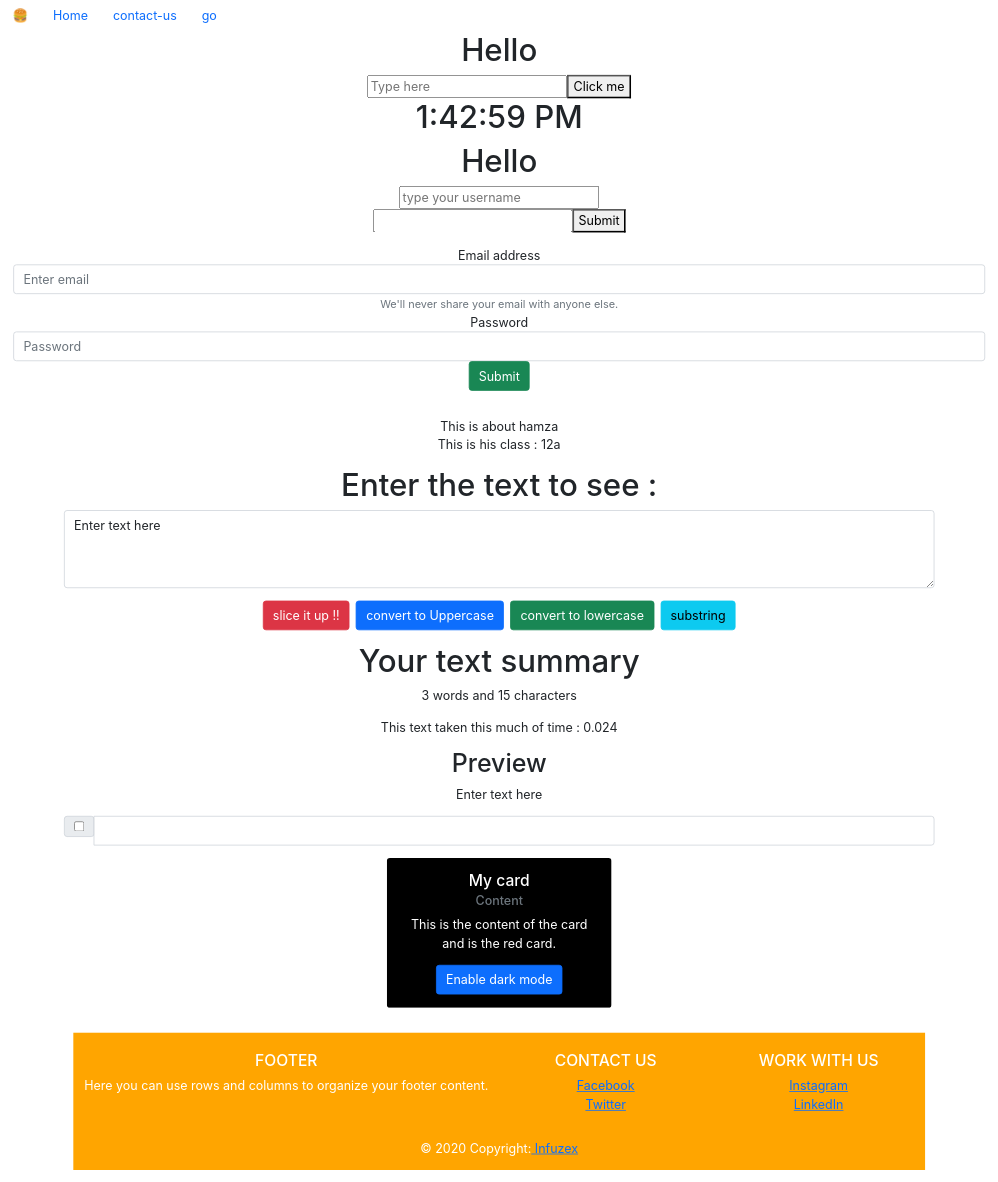
Repository: shah-zx/React-learning
Page: /
The author's editor kept a copy of each file at every save. The page is drawn from the files as they stood at one save, then again after a run of saves.
The browser window is 1280 px wide. The pictures show the whole page, at 78% of full size.
The project was rebuilt for these pictures with package versions that can differ from the ones it lists, and the page was loaded fresh each time. Also part of the build but not shown: src/components/Welcome.js, src/components/Swagat.js, src/components/Namaste.js, src/components/Hello.js, src/components/ayiye.js, src/components/Message.js, src/components/Thought.js, src/components/Counter.js and 40 more. Imported but missing from the stored project, and not drawn on this page: src/components/Indexaskeyantipattern.

Above is the page before, as saved 2021-11-12 00:28:37.

### public/index.html
<!DOCTYPE html>
<html lang="en">
  <head>
    <meta charset="utf-8" />
    <link rel="icon" href="%PUBLIC_URL%/favicon.ico" />
    <meta name="viewport" content="width=device-width, initial-scale=1" />
    <meta name="theme-color" content="#000000" />
    <meta
      name="description"
      content="Textutility is a text based utility whuc can be used to manipulate your text in way you want"
    />
    <link rel="apple-touch-icon" href="%PUBLIC_URL%/logo192.png" />
    <!--
      manifest.json provides metadata used when your web app is installed on a
      user's mobile device or desktop. See https://developers.google.com/web/fundamentals/web-app-manifest/
    -->
    <link rel="manifest" href="%PUBLIC_URL%/manifest.json" />
    <!--Bootstrap CSS-->
    <link href="https://cdn.jsdelivr.net/npm/bootstrap@5.1.3/dist/css/bootstrap.min.css" rel="stylesheet" integrity="sha384-1BmE4kWBq78iYhFldvKuhfTAU6auU8tT94WrHftjDbrCEXSU1oBoqyl2QvZ6jIW3" crossorigin="anonymous">
    <!--
      Notice the use of %PUBLIC_URL% in the tags above.
      It will be replaced with the URL of the `public` folder during the build.
      Only files inside the `public` folder can be referenced from the HTML.

      Unlike "/favicon.ico" or "favicon.ico", "%PUBLIC_URL%/favicon.ico" will
      work correctly both with client-side routing and a non-root public URL.
      Learn how to configure a non-root public URL by running `npm run build`.
    -->
    <title>Infuzex</title>
  </head>
  <body>
    <noscript>You need to enable JavaScript to run this app.</noscript>
    <div id="root"></div>
    <div id="portal-root"></div>

    <!--
      This HTML file is a template.
      If you open it directly in the browser, you will see an empty page.

      You can add webfonts, meta tags, or analytics to this file.
      The build step will place the bundled scripts into the <body> tag.

      To begin the development, run `npm start` or `yarn start`.
      To create a production bundle, use `npm run build` or `yarn build`.
    -->
    <!--Bootstrap JS-->
  <script src="https://cdn.jsdelivr.net/npm/bootstrap@5.1.3/dist/js/bootstrap.bundle.min.js" integrity="sha384-ka7Sk0Gln4gmtz2MlQnikT1wXgYsOg+OMhuP+IlRH9sENBO0LRn5q+8nbTov4+1p" crossorigin="anonymous"></script>
 </body>
</html>

### src/App.css
.App {
  text-align: center;
}

.App-logo {
  height: 40vmin;
  pointer-events: none;
}

@media (prefers-reduced-motion: no-preference) {
  .App-logo {
    animation: App-logo-spin infinite 20s linear;
  }
}

.App-header {
  background-color: #282c34;
  min-height: 100vh;
  display: flex;
  flex-direction: column;
  align-items: center;
  justify-content: center;
  font-size: calc(10px + 2vmin);
  color: white;
}

.App-link {
  color: #61dafb;
}

@keyframes App-logo-spin {
  from {
    transform: rotate(0deg);
  }
  to {
    transform: rotate(360deg);
  }
}

/*
.red_card {
  display: flex;
  flex-wrap: wrap;
} */

.container {
  margin-top: 2em;
}

### src/components/Greet.js
import React, { useContext , useEffect } from "react";
import noteContext from "../context/notes/noteContext";
const Greet = () => {
    const a = useContext(noteContext)
    useEffect(() => {
        a.update()
    }, [])
    return (
        <div>
            This is about {a.state.name}
            <br />
            This is his class : {a.state.class}
        </div>  // Here we are using the context API
    )
}


// const {name, heroName} = props  // Destructurig the props in functional components //
// console.log(props)
// This is our greeting function , after creating it , we have to export it to the App.js

export default Greet

### src/components/Navbar.js
// Here we are making a navbar component //

import React from 'react'
import PropTypes from 'prop-types' // Importing the proptypes from props //
import {Link} from 'react-router-dom' // Importing the Link  , thing to remember : exporting not as DEFAULT //
export default function Navbar(props) {

    return (
        <ul className="nav">
        <li className="nav-item">
          <Link className="nav-link active" aria-current="page" to="/">{props.title}</Link>
        </li>
        <li className="nav-item">
          <Link className="nav-link" to="about">{props.Abouttext}</Link>
        </li>
        <li className="nav-item">
          <Link className="nav-link" to="/">{props.cont}</Link>
        </li>
        <li className="nav-item">
          <a className="nav-link">{props.hello}</a>
        </li>
      </ul>
    )
}
Navbar.propTypes = {      // These are our navbar properties //
                      title : PropTypes.string.isRequired ,
                      Abouttext : PropTypes.string
                   }

Navbar.defaultProps = {title : 'set title here' ,
                        Abouttext : 'set abouttext here'
                    }

### src/components/TextForm.js
import React, { useState } from 'react'


export default function TextForm(props) {

    const handleUpClick = () => {
        console.log("Uppercase was clicked " + text);
        let newText = text.slice(2, 8);
        setText(newText);
    }

    // This is our handleUpClick() function whose work is to slice the string //

    const handleUp2Click = () => {
        console.log("You clicked the blue button " + text);
        let newT = text.toUpperCase();
        setText(newT);
        props.showAlert("The text has been transformed into uppercase" , "success"); // This is a success message and is implemented using App.js //
    }

    // This is the function for making the text uppercase //

    const handleOnChange = (event) => {
        console.log("On change");
        setText(event.target.value);
    }

    const handleUp3Click = () => {
        console.log("You clicked handleUp3click " + text);
        const newTT = text.toLowerCase();
        setText(newTT);
        props.showAlert("The text has been transformed into lowercase" , "success");

    }
    const handleInfo = () => {
        const naya = text.substring(3, 8);
        setText(naya);
        props.showAlert("The text has been sliced" , "success");

    }
    // const handleUp4Click = () => {
    //     console.log("You clicked handleUp4click " + text);
    //     setText(text);
    // }

    const [text, setText] = useState('Enter text here');  // Using the state update // // Text is the normal text and setText is the function //

    // text = "Hello there"; this is wrong way //
    // setText("Hello there");

    return (
        <>
            <div>
                <h1>{props.heading}</h1>
                <div class="mb-3">
                    <textarea className="form-control" value={text} onChange={handleOnChange} placeholder="Leave a comment here" id="floatingTextarea2" style={{ height: "100px" }}></textarea>
                </div>
                <button className="btn btn-danger mx-1" onClick={handleUpClick}>slice it up !!</button>
                <button className="btn btn-primary mx-1" onClick={handleUp2Click}>convert to Uppercase</button>
                <button className="btn btn-success mx-1" onClick={handleUp3Click}>convert to lowercase</button>
                <button className="btn btn-info mx-1" onClick={handleInfo}>substring</button>

                {/* <hr />
            <button className="btn btn-secondary" onClick={handleUp4Click}>back to normal</button> */}

            </div>
            <div className="container my-3">
                <h1>Your text summary</h1>
                <p>{text.split(" ").length} words and {text.length} characters</p>
                <p>This text taken this much of time : {0.008 * text.split(" ").length}</p>
                <h2>Preview</h2>
                <p>{text}</p>
            </div>

        </>
    )
}

// text is a state variable ..

### src/practice_components/One.js
import React, { useState } from 'react'  // We  also imported the usestate from react so that it can be used in the component //
import './One.css'
function One() {

    // let myStyle = {  // This is an objetct whic will give us the color for every

    // }

    // Now we will automatically set the dark mode enable and disable for our card //

    // This is for setting the state for styling //

    const [myStyle, setMystyle] = useState({
        color: 'white',
        backgroundColor: 'black',
        width: '18rem'
    })

    // Defining the event handler giveColor//

    const giveColor = () => {
        if (myStyle.color === 'white') {
            setMystyle({
                color: 'blue',
                backgroundColor: 'white',
                width: '18rem'
            })
            setBtntext('Enable dark mode')
        }
        else {
            setMystyle({
                color: 'white',
                backgroundColor: 'blue',
                width: '18rem'
            })
            setBtntext('Enable light mode')
        }
    }

    // This is for the button state change //

    const [btntext, setBtntext] = useState('Enable dark mode')

    return (

        <div class="card" style={myStyle} >
            <div class="card-body">
                <h5 class="card-title">My card</h5>
                <h6 class="card-subtitle mb-2 text-muted">Content</h6>
                <p class="card-text">This is the content of the card and is the red card.</p>
                <button onClick={giveColor} type="button" class="btn btn-primary">{btntext}</button>
            </div>
        </div>
    )
}

export default One

### src/practice_components/Alert_pr.js
import React from 'react'

function Alert_pr(props) {

  const handleAlert = () => {
    console.log("HandleAlert clicked")
    props.showAlert("Are you sure you want to submit", "success")
  }



  return (
    <form>
      <div className="form-group">
        <label for="exampleInputEmail1">Email address</label>
        <input type="email" className="form-control" id="exampleInputEmail1" aria-describedby="emailHelp" placeholder="Enter email" />
        <small id="emailHelp" className="form-text text-muted">We'll never share your email with anyone else.</small>
      </div>
      <div className="form-group">
        <label for="exampleInputPassword1">Password</label>
        <input type="password" className="form-control" id="exampleInputPassword1" placeholder="Password" />
      </div>
      <button onClick={handleAlert} type="submit" class="btn btn-success">Submit</button>
    </form>
  )
}

export default Alert_pr


// code to be written in App.js :

// const [alert , setAlert] = useState(null);
// function for setting the alert :
// const showAlert = () => {
    // setAlert ({
        //    msg : message
        //   type : type
    // })
    // setTimeout(() => {
        // setAlert(null); }
        // , 2000 )
    // )
// }

### src/components/Footer.js
import React , {useContext} from 'react'
import noteContext from "../context/notes/noteContext";
function Footer(props) {
    const b = useContext(noteContext)
    return (
        <footer class="page-footer font-small pt-4" style={{ backgroundColor: "orange", color: "white" }}>

            <div class="container-fluid text-center text-md-left">

                <div class="row">

                    <div class="col-md-6 mt-md-0 mt-3">

                        <h5 class="text-uppercase">{props.heading}</h5>
                        <p>{b.name} Here you can use rows and columns to organize your footer content.</p>

                    </div>

                    <hr class="clearfix w-100 d-md-none pb-3" />

                    <div class="col-md-3 mb-md-0 mb-3">

                        <h5 class="text-uppercase">Contact us</h5>

                        <ul class="list-unstyled">
                            <li>
                                <a href="#!">{props.link1}</a>
                            </li>
                            <li>
                                <a href="#!">{props.ls}</a>
                            </li>
                        </ul>

                    </div>

                    <div class="col-md-3 mb-md-0 mb-3">

                        <h5 class="text-uppercase">Work with us</h5>

                        <ul class="list-unstyled">
                            <li>
                                <a href="#!">{props.oneLink}</a>
                            </li>
                            <li>
                                <a href="#!">{props.secLink}</a>
                            </li>
                        </ul>

                    </div>

                </div>

            </div>

            <div class="footer-copyright text-center py-3">© 2020 Copyright:
                <a href="https://mdbootstrap.com/"> Infuzex</a>
            </div>

        </footer>
    )
}

export default Footer

### src/practice_components/Textarea.js
import React , { useState } from 'react'

function Textarea(props) {




    const handleChange =() => {
         console.log("handleChange click")
    }


    return (
        <div class="input-group mb-3">
        <div class="input-group-prepend">
          <div class="input-group-text">
            <input onClick = {handleChange} type={props.st} aria-label="Checkbox for following text input" />
          </div>
        </div>
        <input type="text" class="form-control" aria-label="Text input with checkbox"/>
      </div>
    )
}

export default Textarea

### src/context/notes/NotesState.js
import react, { useState } from 'react';
import noteContext from './noteContext'

const NotesState = (props) => {
    const s1 = {
        "name": "Shahnawaz",
        "class": "5a"
    }
    const [state, setState] = useState(s1)
    const update = () => {
        setTimeout(() => {
            setState({
                "name": "hamza",
                "class": "12a"
            })
        }, 3000);
    }
    return (
        <noteContext.Provider value={{ state, update }}>
            {props.children}
        </noteContext.Provider>


    )
}

export default NotesState;

### src/practice_components/Dclock.jsx
import React , {useState} from 'react'

function Dclock() {

   let time = new Date().toLocaleTimeString();

   const[ctime , setTime] = useState(time)

   const updateTime = () => {
      let newtime = new Date().toLocaleTimeString();
      setTime(newtime)
   }

   setInterval(updateTime,1000) // This function will take a call back function and the interval after which the event will take place

    return (
        <>
            <h1>{ctime}</h1>
        </>
    )
}

export default Dclock

### src/practice_components/Forms.jsx
import React , {useState} from 'react'



function Forms() {

    const [name , setName] = useState()
    const [fullName , setFullName] = useState()


    const inputEvent = (event)=>{  // We are passing the text we will be weiting in the input in an object called event
    //    console.log(event.target.value)  // accessing our text
       setName(event.target.value)
    };

    const handleChange = () => {
    setFullName(name);
    }
    return (
        <>
            <h1>Hello {fullName}</h1>
            <input type="text" placeholder="Type here" value = {name} onChange = {inputEvent}></input>
            <button onClick = {handleChange} type="submit">Click me </button>
        </>
    )
}

export default Forms

// Note : as we do for button , which is onClick , we do for input field also : that is

### src/practice_components/Login.jsx
import React , {useState} from 'react'

function Login() {


    const [fullName , setfullName] = useState({
      fname : "",
      lname : "",
    })


    const onSubmit = (event) => {
      event.preventDefault()
      alert("Form submitted")
    }

    const handleThat = (event) => {
      console.log(event.target.value)
      console.log(event.target.name)
      // setName(event.target.value);
    }



    return (
        <>
        <div className="main_div">
        <form onSubmit = {onSubmit} />
          <h1>Hello {fullName.fname}{fullName.lname}</h1>
          <input
          onChange={handleThat}
          type = "text"
          placeholder = "type your username"
          name = "fname"
          value = {fullName.fname}>
          </input>
          <br/>
          <input type = "text"
          onChange = {handleThat}
          palceholder = "type your password"
          name = "lname"
          value = {fullName.lname}>
          </input>
          <button type = "submit">Submit</button>
          </div>
        </>
    )
}

export default Login

### src/context/notes/noteContext.js
import { createContext } from "react";
const noteContext = createContext();   // Here we craeted a new context which will hold our states


export default noteContext;


// Here we have formed the context API

### src/practice_components/One.css
.card{

    margin-left: auto;
    margin-right: auto;
    /* margin-bottom: 1em; */
}

Loaded but not shown: src/index.js (common file); src/index.css (common file); src/reportWebVitals.js (common file); src/App.js (186 lines, source omitted)

After the next 2 saves:
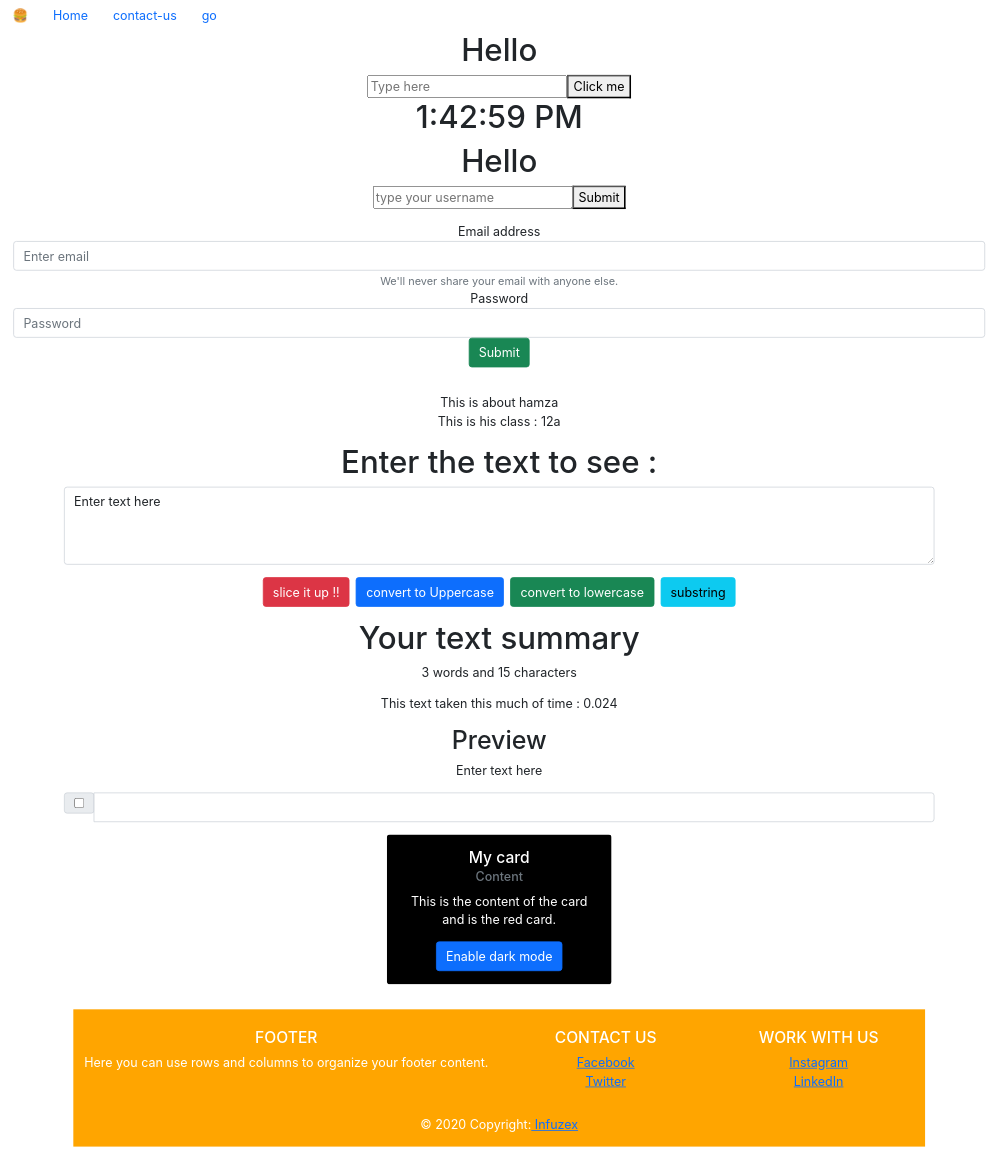
The 2 saves are shown as one change because 1 did not build or start.
The last was saved 11 h 39 min later.
--- a/src/practice_components/Login.jsx
+++ b/src/practice_components/Login.jsx
@@ -25,7 +25,7 @@ function Login() {
     return (
         <>
         <div className="main_div">
-        <form onSubmit = {onSubmit} />
+        <form onSubmit = {onSubmit}>
           <h1>Hello {fullName.fname}{fullName.lname}</h1>
           <input
           onChange={handleThat}
@@ -34,14 +34,15 @@ function Login() {
           name = "fname"
           value = {fullName.fname}>
           </input>
-          <br/>
+          {/* <br/>
           <input type = "text"
           onChange = {handleThat}
           palceholder = "type your password"
           name = "lname"
           value = {fullName.lname}>
-          </input>
+          </input> */}
           <button type = "submit">Submit</button>
+          </form>
           </div>
         </>
     )
